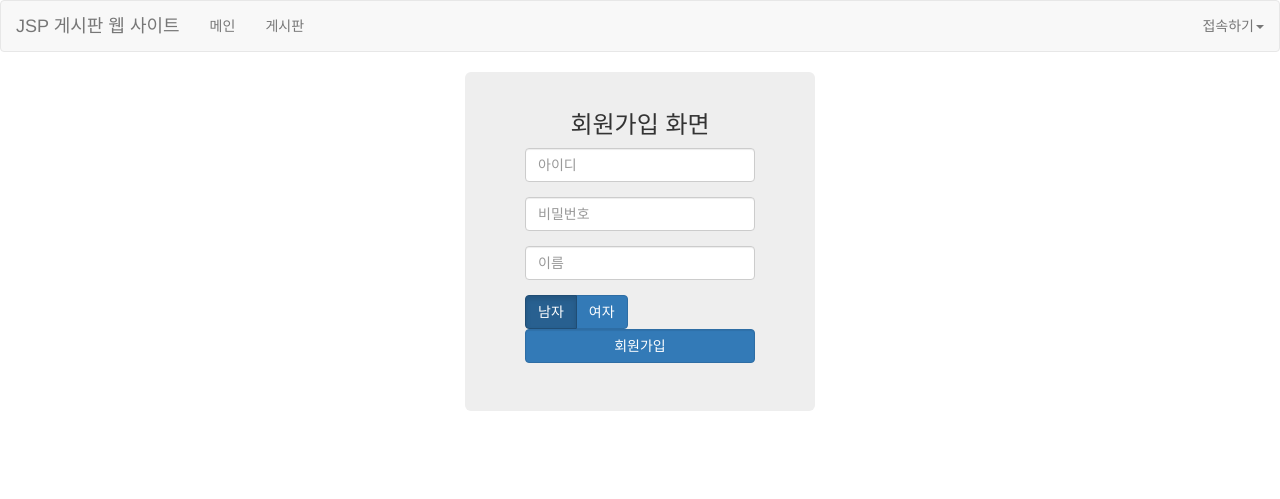
Repository: jk4g2/JSP_BBS
Page: http://localhost/BBS/join.jsp
These files come from the project's save history. The page is drawn as it stood at one moment and after the next save; the edit follows.
The browser window is 1280 px wide. The pictures show the whole page.
Some web libraries are served in a nearby version. The page is served by Tomcat 9. Other server files are loaded and not shown.

Above is the page before, as saved 2020-03-15 21:40:19.

### BBS/WebContent/join.jsp
<%@ page language="java" contentType="text/html; charset=UTF-8"
    pageEncoding="UTF-8"%>
<!DOCTYPE html>
<html>
<head>
	<meta http-equiv="Content-Type" content="text/html; charset=UTF-8">
	<meta name ="viewport" content="width=device-width", initial-scale="1">
	<link rel="stylesheet" href="css/bootstrap.css">
	<script src="https://ajax.googleapis.com/ajax/libs/jquery/3.2.1/jquery.min.js"></script>
	<title>JSP 게시판 웹사이트</title>
</head>
<body>
	<nav class="navbar navbar-default">
		<div class="navbar-header">
			<button type="button" class="navbar-toggle collapsed"
			data-toggle="collapse" data-target="#bs-example-navbar-collapse-1"
			aria-expanded="false">
				<span class="icon-bar"></span>
				<span class="icon-bar"></span>
				<span class="icon-bar"></span>
			</button>
			<a class="navbar-brand" href="main.jsp">JSP 게시판 웹 사이트</a>
		</div>
		<div class="colapse navbar-collapse" id="bs-example-navbar-collapse-1">
			<ul class="nav navbar-nav">
				<li><a href="main.jsp">메인</a></li>
				<li><a href="bbs.jsp">게시판</a></li>
			</ul>
			<ul class="nav navbar-nav navbar-right">
				<li class="dropdown">
					<a href="#" class="dropdown-toggle"
						data-toggle="dropdown" role="button" aria-haspopup="true"
						aria-expanded="false">접속하기<span class="caret"></span></a>
					<ul class="dropdown-menu">
						<li class="active"><a href="login.jsp">로그인</a></li>
						<li><a href="join.jsp">회원가입</a></li>
					</ul>
				</li>
			</ul>
		</div>
	</nav>
	<div class="container">
		<div class="col-lg-4"></div>
		<div class="col-lg-4">
			<div class="jumbotron" style="padding-top:20px;">
				<form method ="post" action="loginAction.jsp">
					<h3 style="text-align:center;">회원가입 화면</h3>
					<div class="form-group">
						<input type="text" class="form-control" placeholder="아이디" name="userID" maxlength="20">
					</div>
					<div class="form-group">
						<input type="password" class="form-control" placeholder="비밀번호" name="userPassword" maxlength="20">
					</div>
					<div class="form-group">
						<input type="text" class="form-control" placeholder="이름" name="userName" maxlength="20">
					</div>
					<div class="btn-group" data-toggle="buttons">
						<label class="btn btn-primary active">
							<input type="radio" name="userGender" autocomplete="off" value="남자" checked>남자
						</label>
						<label class="btn btn-primary">
							<input type="radio" name="userGender" autocomplete="off" value="여자" checked>여자
						</label>
					</div>
					<input type ="submit" class="btn btn-primary form-control" value="회원가입">
				</form>
			</div>
		</div>
	</div>

	<script src="js/bootstrap.js"></script>
	<script src="https://code.jquery.com/jquery-3.1.1.min.js"></script>
</body>
</html>

Loaded but not shown: BBS/WebContent/css/bootstrap.css (library); BBS/WebContent/js/bootstrap.js (library)

After the next save:
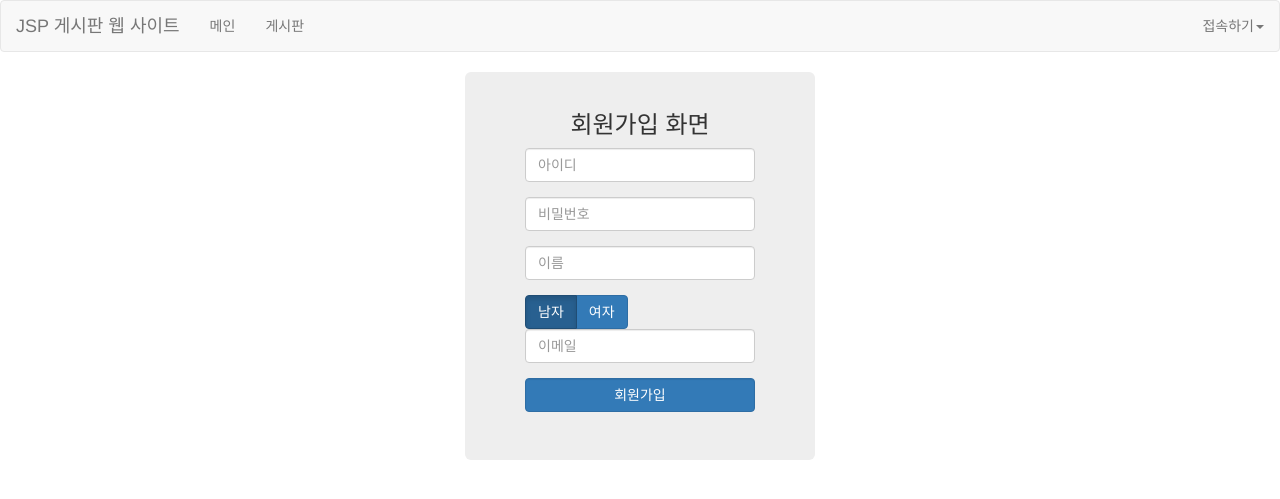
Saved 69 s later.
--- a/BBS/WebContent/join.jsp
+++ b/BBS/WebContent/join.jsp
@@ -62,6 +62,9 @@
 							<input type="radio" name="userGender" autocomplete="off" value="여자" checked>여자
 						</label>
 					</div>
+					<div class="form-group">
+						<input type="email" class="form-control" placeholder="이메일" name="userPassword" maxlength="20">
+					</div>
 					<input type ="submit" class="btn btn-primary form-control" value="회원가입">
 				</form>
 			</div>
